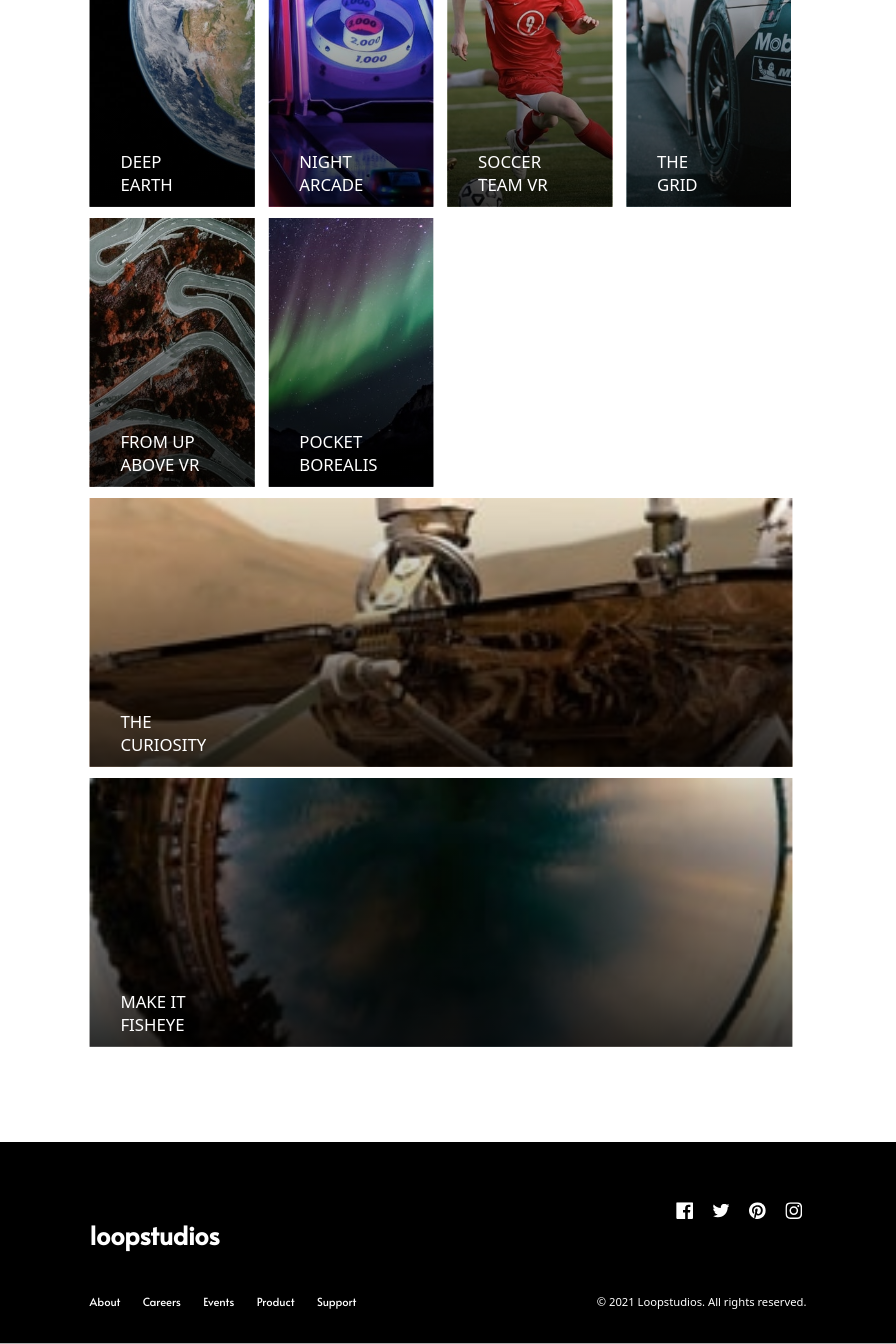
Repository: CAMPSLOPY/StudioLoopApp
Page: index.html
These files come from the project's save history. The page is drawn as it stood at one moment and after a run of saves; the edit follows.
The browser window is 1280 px wide. The pictures show the part of the page from y = 1608 to 3528 px (the page is 3528 px tall before and 2728 px after), at 70% of full size.
Some web fonts or font styles are not loaded; a fallback is used. Some web libraries are served in a nearby version.

Above is the page before, as saved 2021-02-27 00:40:58.

### index.html
<!DOCTYPE html>
<html lang="en">
  <head>
    <title>LoopStudios</title>
    <meta charset="UTF-8" />
    <meta name="viewport" content="width=device-width, initial-scale=1.0" />
    <meta http-equiv="X-UA-Compatible" content="ie=edge" />
    <meta
      name="description"
      content="Building my Loop studio App with Tailwind Css"
    />
    <meta name="robots" content="index,follow" />
    <!-- font awesome -->
    <link
      rel="stylesheet"
      href="https://cdnjs.cloudflare.com/ajax/libs/font-awesome/5.11.2/css/all.min.css"
      integrity="sha256-+N4/V/SbAFiW1MPBCXnfnP9QSN3+Keu+NlB+0ev/YKQ="
      crossorigin="anonymous"
    />
    <link
      rel="icon"
      type="image/png"
      sizes="32x32"
      href="favicon-32x32.png"
    />
    <!-- TAILWIND CSS CDN -->
    <link href="https://unpkg.com/tailwindcss@^2/dist/tailwind.min.css" rel="stylesheet">

    <!-- animate on scroll -->
    <link rel="stylesheet" href="https://unpkg.com/aos@next/dist/aos.css" />

    <!-- STYLESHEET -->
    <link rel="stylesheet" href="main.css"/>
  </head>
  <body>
    <div class="overflow-hidden">
      <!--the whole wrapper-->

      <header
        class="relative bg-no-repeat bg-cover bg-center min-h-screen w-full md:min-h-6/3 lg:min-h-6 header-image"
      >
        <nav
          class="flex text-gray-50 items-center justify-between w-4/5 m-auto pt-8"
        >
          <h1 class="font-extralight text-4xl font-concert md:text-6xl">
            <a href="">loopstudios</a>
          </h1>
          <button id="burger" class="md:hidden">
            <i class="fas fa-bars text-4xl"></i>
          </button>
          <ul class="hidden md:flex">
            <li class="px-1.5 nav-item">
              <a class="nav-link" href="#About"> About</a>
            </li>
            <li class="px-1.5 nav-item">
              <a class="nav-link" href="#Career">Careers</a>
            </li>
            <li class="px-1.5 nav-item">
              <a class="nav-link" href="#Event">Events</a>
            </li>
            <li class="px-1.5 nav-item">
              <a class="nav-link" href="#Product">Products</a>
            </li>
            <li class="px-1.5 nav-item">
              <a class="nav-link" href="#Support">Support</a>
            </li>
          </ul>
        </nav>

        <p
          class="font-normal md:font-thin tracking-widest absolute top-64 left-11 md:left-32 md:top-36 text-white text-3xl md:text-6xl border-2 pr-10 md:pr-56 py-11 pl-6"
        >
          IMMERSIVE<br />
          EXPERIENCES <br />
          THAT DELIVER
        </p>
      </header>
      <!--modal -->
      <div
        id="modal-body"
        class="modal-body hidden fixed flex w-full h-full top-0 left-0 z-50 bg-black text-white flex-col"
      >
        <div class="modal-logo flex justify-between w-4/5 m-auto">
          <h1 class="text-4xl">
            <a href="">loopstudios</a>
          </h1>
          <button class="toggle relative" id="toggle">
            <i class="fas fa-times text-3xl p-4"></i>
          </button>
        </div>

        <ul class="flex flex-col w-4/5 m-auto modal-links uppercase font-light">
          <li class="my-4">
            <a class="text-3xl links" href="#About"> About</a>
          </li>
          <li class="my-4">
            <a class="text-3xl links" href="#Careers">Careers</a>
          </li>
          <li class="my-4">
            <a class="text-3xl links" href="#Event">Events</a>
          </li>
          <li class="my-4">
            <a class="text-3xl links" href="#Products">Products</a>
          </li>
          <li class="my-4">
            <a class="text-3xl links" href="#Support">Support</a>
          </li>
        </ul>
      </div>
      <!--modal end-->
      <section
        id="About"
        class="relative hero-section w-full min-h-screen md:bg-white md:w-4/5 m-auto block md:flex md:min-h-90 text-white justify-center items-center"
      >
        <div class="w-11/12 m-auto pt-24 md:pt-12" data-aos="fade-right">
          <img
            class="w-full h-full object-cover"
            src="/images/desktop/image-interactive.jpg"
            alt="a man with a Vr Device "
          />
        </div>

        <div
          data-aos="fade-left"
          class="w-full -bottom-24 right-32 px-10 relative z-0 md:z-10 bg-white text-gray-900 block md:flex md:justify-center md:items-center md:flex-col pb-20 md:p-4"
        >
          <div class="w-full m-auto relative -right-32 md:right-0 md:-left-20">
            <h1
              data-aos="fade-up"
              data-aos-delay="800"
              data-aos-duration="1000"
              class="text-4xl tracking-widest text-center md:ml-10"
            >
              THE LEADER IN <br />
              INTERACTIVE VR
            </h1>
          </div>
          <div
            class="my-4 w-full -px-2 left-32 w-4/6 md:w-full text-center md:text-left md:left-11 relative md:-right-10 md:px-8 md:py-4"
          >
            <span
              class="relative right-0 md:right-11 text-left tracking-widest md:tracking-normal text-sm md:relative leading-loose text-gray-400"
            >
              Founded in 2011, Loopstudios has been producing world-class <br />
              virtual reality projects for some of the best companies around the
              <br />
              globe. Our award-winning creations have transformed <br />
              businesses through digital experiences that bind to their brand.
            </span>
          </div>
        </div>
      </section>

      <section class="creation relative">
        <div
          id="Event"
          class="creation-body-content min-h-screen pb-20 flex flex-col w-4/5 m-auto md:w-4/5 md:m-auto relative"
        >
          <div
            class="creation-text flex md:text-center md:justify-between my-5"
          >
            <h1 class="font-josefin relative left-0 md:left-0 text-4xl">
              OUR CREATIONS
            </h1>
            <button
              class="text-2xl absolute bottom-2 right-14 text-small font-alata tracking-widest py-2 md:py-0 md:text-small md:relative md:-left-6 md:bottom-0 border border-gray-900 px-11 tracking-widest hover:bg-black hover:text-white"
            >
              SEE ALL
            </button>
          </div>

          <div
            id="Career"
            class="creation-images flex flex-col flex-wrap md:flex-row cursor-pointer"
          >
            <div
              data-aos="fade-right"
              id="card-box"
              class="relative bg-no-repeat bg-cover bg-center earth mr-5 mb-4 card h-38 w-full md:h-96 md:w-better card-box"
            >
              <img
                src="/images/mobile/image-deep-earth.jpg"
                alt="a picture of the earth"
                class="object-cover w-full h-full block md:hidden"
              />

              <p
                class="absolute bottom-4 left-11 text-white text-2xl font-josefin card-box-p"
              >
                DEEP <br />
                EARTH
              </p>
            </div>
            <div
              data-aos="fade-up"
              id="card-box"
              class="card-box relative bg-no-repeat bg-cover bg-center card mr-5 mb-4 arcade h-32 w-full md:h-96 md:w-better"
            >
              <img
                src="/images/mobile/image-night-arcade.jpg"
                alt="a picture of a cassette tape"
                class="object-cover w-full h-full block md:hidden"
              />
              <p
                class="absolute bottom-4 left-11 text-white text-2xl font-josefin card-box-p"
              >
                NIGHT <br />
                ARCADE
              </p>
            </div>
            <div
              data-aos="fade-down"
              id="card-box"
              class="card-box relative h-38 w-full card mr-5 mb-4 vr md:h-96 bg-no-repeat bg-cover bg-center md:w-better"
            >
              <img
                src="/images/mobile/image-soccer-team.jpg"
                alt="a picture of a football player"
                class="object-cover w-full h-full block md:hidden"
              />
              <p
                class="absolute bottom-4 left-11 text-white text-2xl font-josefin card-box-p"
              >
                SOCCER <br />
                TEAM VR
              </p>
            </div>
            <div
              data-aos="fade-left"
              id="card-box"
              class="card-box relative h-38 w-full mr-5 mb-4 card gridd md:h-96 bg-no-repeat bg-cover bg-center md:w-better"
            >
              <img
                src="/images/mobile/image-grid.jpg"
                alt="a picture of a sport car"
                class="object-cover w-full h-full block md:hidden"
              />

              <p
                class="absolute bottom-4 left-11 text-white text-2xl font-josefin card-box-p"
              >
                THE <br />
                GRID
              </p>
            </div>
            <div
              data-aos="fade-right"
              id="card-box"
              class="card-box relative mr-5 mb-4 h-38 w-full card above-vr md:h-96 bg-no-repeat bg-cover bg-center md:w-better"
            >
              <img
                src="/images/mobile/image-from-above.jpg"
                alt="a picture of a curvy road on the mountains"
                class="object-cover w-full h-full block md:hidden"
              />
              <p
                class="absolute bottom-4 left-11 text-white text-2xl font-josefin card-box-p"
              >
                FROM UP <br />
                ABOVE VR
              </p>
            </div>
            <div
              data-aos="fade-down"
              id="card-box"
              class="card-box relative h-38 w-full mr-5 mb-4 card borealis md:h-96 bg-no-repeat bg-cover bg-center md:w-better"
            >
              <img
                src="/images/mobile/image-pocket-borealis.jpg"
                alt="picture of the moon, star and a mountain"
                class="object-cover w-full h-full block md:hidden"
              />
              <p
                class="absolute bottom-4 left-11 text-white text-2xl font-josefin card-box-p"
              >
                POCKET <br />
                BOREALIS
              </p>
            </div>
            <div
              data-aos="fade-up"
              id="card-box"
              class="md:card-box relative mr-5 mb-4 h-38 w-full card curiosity md:h-96 bg-no-repeat bg-cover bg-center md:w-better"
            >
              <img
                src="/images/mobile/image-curiosity.jpg"
                alt="picture of a network radar"
                class="object-cover w-full h-full block md:hidden"
              />
              <p
                class="absolute bottom-4 left-11 text-white text-2xl font-josefin card-box-p"
              >
                THE <br />
                CURIOSITY
              </p>
            </div>
            <div
              data-aos="fade-left"
              id="card-box"
              class="md:card-box relative mr-5 mb-4 h-38 w-full card fisheye md:h-96 bg-no-repeat bg-cover bg-center md:w-better"
            >
              <img
                src="/images/mobile/image-curiosity.jpg"
                alt="picture of a network radar"
                class="object-cover w-full h-full block md:hidden"
              />
              <p
                class="absolute bottom-4 left-11 text-white text-2xl font-josefin card-box-p"
              >
                MAKE IT <br />
                FISHEYE
              </p>
            </div>
          </div>
        </div>
      </section>

      <footer
        id="Support"
        class="min-h-60 md:min-h-60 bg-black text-white mt-10 relative"
      >
        <div
          class="footer-body w-full flex flex-col relative -bottom-52 md:-bottom-40"
        >
          <div
            class="footer-logo w-4/5 m-auto md:pb-8 flex md:flex-row flex-col justify-between relative"
          >
            <h3 class="my-8 pt-16 text-center md:text-left font-bold text-4xl">
              loopstudios
            </h3>
            <ul
              class="footer-socials flex justify-center items-center relative -bottom-52 md:bottom-0"
            >
              <li class="px-1.5 footer-item">
                <a class="footer-link" href=""
                  ><img
                    class="pb-1"
                    src="./images/icon-facebook.svg"
                    alt="facebook official logo"
                /></a>
              </li>
              <li class="px-1.5 footer-item">
                <a class="footer-link" href=""
                  ><img
                    class="pb-1"
                    src="./images/icon-twitter.svg"
                    alt="twitter logo"
                /></a>
              </li>
              <li class="px-1.5 footer-item">
                <a class="footer-link" href=""
                  ><img
                    class="pb-1"
                    src="./images/icon-pinterest.svg"
                    alt="pinterest logo"
                /></a>
              </li>
              <li class="px-1.5 footer-item">
                <a class="footer-link" href=""
                  ><img
                    class="pb-1"
                    src="./images/icon-instagram.svg"
                    alt="instagram logo"
                /></a>
              </li>
            </ul>
          </div>
          <div
            class="relative w-4/5 m-auto flex flex-col md:flex-row md:justify-between"
          >
            <ul
              class="relative bottom-11 md:bottom-8 flex flex-col md:flex-row items-center md:justify-around my-2 md:m-0"
            >
              <li class="py-2 relative left-28 md:-left-4 footer-item md:pr-4">
                <a class="pb-1 footer-link footer-links" href="#about">About</a>
              </li>
              <li class="py-2 relative left-28 md:-left-4 footer-item md:pr-4">
                <a class="pb-1 footer-link footer-links" href="#careers"
                  >Careers</a
                >
              </li>
              <li class="py-2 footer-item left-28 relative md:-left-4 md:pr-4">
                <a class="pb-1 footer-link footer-links" href="#events"
                  >Events</a
                >
              </li>
              <li class="py-2 footer-item left-28 relative md:-left-4 md:pr-4">
                <a class="pb-1 footer-link footer-links" href="#products"
                  >Product</a
                >
              </li>
              <li class="py-2 footer-item left-28 relative md:-left-4 md:pr-4">
                <a class="pb-1 footer-link footer-links" href="#support"
                  >Support</a
                >
              </li>
            </ul>
            <span class="pb-16">
              <p class="text-gray-600 md:text-white">
                © 2021 Loopstudios. All rights reserved.
              </p></span
            >
          </div>

          <div
            class="hidden attribution absolute pb-4 -bottom-16 left-60 text-gray-600"
          >
            <a>Challenge by</a>

            <a
              class="text-blue-300"
              href="https://www.frontendmentor.io?ref=challenge"
              target="_blank"
              >Frontend Mentor</a
            >
            Coded by
            <a class="text-blue-300" href="https://github.com/CAMPSLOPY">
              CampSlopy 👨🏾‍🦲</a
            >
          </div>
        </div>
      </footer>
    </div>
    <!-- animate On scroll script -->
    <script src="https://unpkg.com/aos@next/dist/aos.js"></script>
    <!-- workflow script -->
    <script src="app.js"></script>
  </body>
</html>

### main.css
@import url("https://fonts.googleapis.com/css2?family=Alata&family=Josefin+Sans:ital,wght@0,200;1,400&display=swap");
@import url("https://fonts.googleapis.com/css2?family=Concert+One&display=swap");

html {
  scroll-behavior: smooth;
}
.header-image {
  background-image: linear-gradient(to top, rgba(0, 0, 0, 0.8), transparent),
    url(./images/desktop/image-hero.jpg);
}

.earth {
  background-image: linear-gradient(to top, rgba(0, 0, 0, 0.8), transparent),
    url(./images/desktop/image-deep-earth.jpg);
}

.arcade {
  background-image: linear-gradient(to top, rgba(0, 0, 0, 0.8), transparent),
    url(./images/desktop/image-night-arcade.jpg);
}
.vr {
  background-image: linear-gradient(to top, rgba(0, 0, 0, 0.8), transparent),
    url(./images/desktop/image-soccer-team.jpg);
}

.gridd {
  background-image: linear-gradient(to top, rgba(0, 0, 0, 0.8), transparent),
    url(./images/desktop/image-grid.jpg);
}

.above-vr {
  background-image: linear-gradient(to top, rgba(0, 0, 0, 0.8), transparent),
    url(./images/desktop/image-from-above.jpg);
}

.borealis {
  background-image: linear-gradient(to top, rgba(0, 0, 0, 0.8), transparent),
    url(./images/desktop/image-pocket-borealis.jpg);
}

.curiosity {
  background-image: linear-gradient(to top, rgba(0, 0, 0, 0.8), transparent),
    url(./images/desktop/image-curiosity.jpg);
}
.fisheye {
  background-image: linear-gradient(to top, rgba(0, 0, 0, 0.8), transparent),
    url(./images/desktop/image-fisheye.jpg);
}

.menu:hover {
  border-bottom: 1px solid #0000;
}

.footer-body {
  transform: translate(-50%, -50%);
  top: 50%;
  left: 50%;
}

body {
  overflow-x: hidden;
}

#card-box::before {
  content: "";
  position: absolute;
  top: 0;
  left: 0;
  display: block;
  width: 100%;
  height: 100%;
  background: rgba(255, 255, 255, 0.6);
  z-index: 2;
  transition: 0.5s;
  opacity: 0;
}

#card-box:hover:before {
  opacity: 1;
}

#card-box:hover .card-box-p {
  color: black;
  z-index: 3;
}

.toggle {
  top: -20px;
  right: -15px;
}

.toggle .fa-times {
  font-size: 2.7rem;
}

/* desktop styling for the nav links */
.nav-item {
  list-style: none;
  font-size: 1rem;
  margin-bottom: 1rem;
  margin: 0 auto;
  margin-left: 1.5rem;
}

.nav-link {
  position: relative;
  color: #fff;
  text-decoration: none;
  font-family: "Alata", sans-serif;
}

.nav-link::after {
  content: "";
  position: absolute;
  top: 2rem;
  background-color: #fff;
  height: 0.2rem;
  width: 0%;
  opacity: 0;
  transition: all 0.5s ease-in-out;
}

.nav-link::before {
  content: "";
  position: absolute;
  top: 2rem;
  background-color: #fff;
  height: 0.2rem;
  width: 0%;
  opacity: 0;
  transition: all 0.5s ease-in-out;
}

.nav-link::before {
  right: 32%;
}

.nav-link::after {
  left: 32%;
}

.nav-link:hover::after,
.nav-link:hover::before {
  width: 0.8rem;
  opacity: 1;
}

/* FOOTER*/

.footer-link::after {
  left: 20%;
}
.footer-link::before {
  right: 20%;
}

.footer-links::after {
  left: 40%;
}
.footer-links::before {
  right: 40%;
}

.footer-link::before {
  content: "";
  position: absolute;
  top: 2rem;
  background-color: #fff;
  height: 0.2rem;
  width: 0%;
  opacity: 0;
  transition: all 0.5s ease-in-out;
}

.footer-link::after {
  content: "";
  position: absolute;
  top: 2rem;
  background-color: #fff;
  height: 0.2rem;
  width: 0%;
  opacity: 0;
  transition: all 0.5s ease-in-out;
}

.footer-link {
  position: relative;
  color: #fff;
  text-decoration: none;
  font-family: "Alata", sans-serif;
}

.footer-item {
  list-style: none;
  font-size: 1rem;
  margin-bottom: 1rem;
  margin: 0 auto;
  margin-left: 1rem;
  text-align: center;
}
.footer-link:hover::after,
.footer-link:hover::before {
  width: 0.8rem;
  opacity: 1;
}

.footer-logo h3 {
  font-family: "Alata", sans-serif;
}


/* Card-box */

.card-box{
    width: 23%;
}

@media screen and (max-width: 760px){
  .card-box{
    width: 100%;
  }
}

### app.js
const burger = document.getElementById("burger");
const togglebtn = document.getElementById("toggle");
const modal = document.getElementById("modal-body");
const links = document.querySelectorAll(".links");

burger.addEventListener("click", () => {
  modal.style.display = "flex";
});

togglebtn.addEventListener("click", () => {
  modal.style.display = "none";
});
links.forEach((link) => {
  link.addEventListener("click", () => {
    modal.style.display = "none";
  });
});

AOS.init({
  // offset: 120,
  delay: 400,
  duration: 1000,
  once: true,
});

After the next 2 saves:
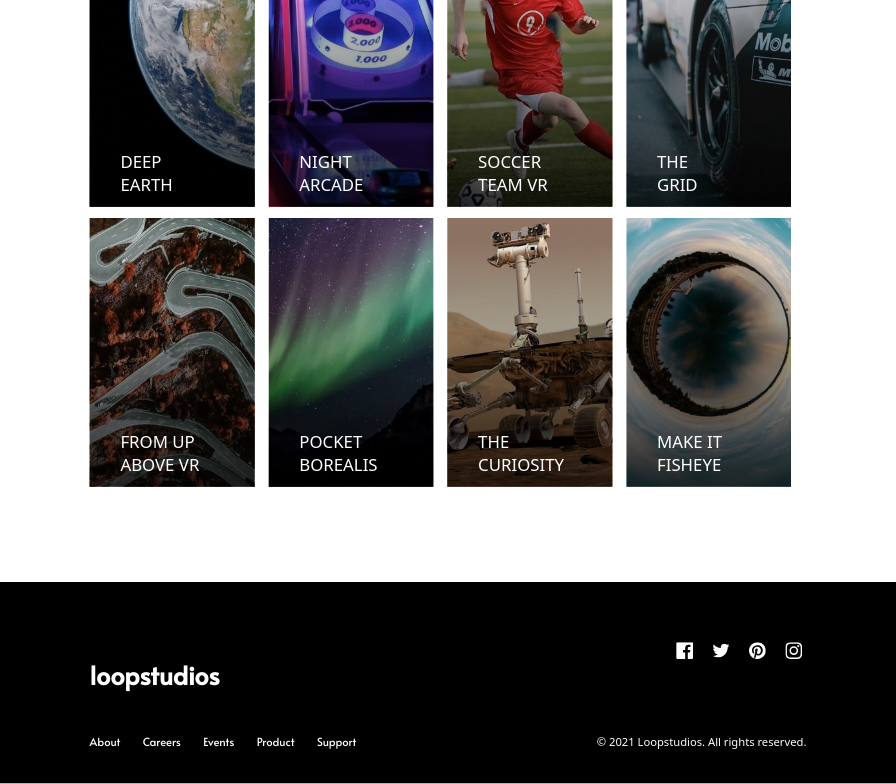
The 2 saves are shown as one change because they came seconds apart.
The last was saved 7 s later.
--- a/index.html
+++ b/index.html
@@ -280,7 +280,7 @@
             <div
               data-aos="fade-up"
               id="card-box"
-              class="md:card-box relative mr-5 mb-4 h-38 w-full card curiosity md:h-96 bg-no-repeat bg-cover bg-center md:w-better"
+              class="card-box relative mr-5 mb-4 h-38 w-full card curiosity md:h-96 bg-no-repeat bg-cover bg-center md:w-better"
             >
               <img
                 src="/images/mobile/image-curiosity.jpg"
@@ -297,7 +297,7 @@
             <div
               data-aos="fade-left"
               id="card-box"
-              class="md:card-box relative mr-5 mb-4 h-38 w-full card fisheye md:h-96 bg-no-repeat bg-cover bg-center md:w-better"
+              class="card-box relative mr-5 mb-4 h-38 w-full card fisheye md:h-96 bg-no-repeat bg-cover bg-center md:w-better"
             >
               <img
                 src="/images/mobile/image-curiosity.jpg"
